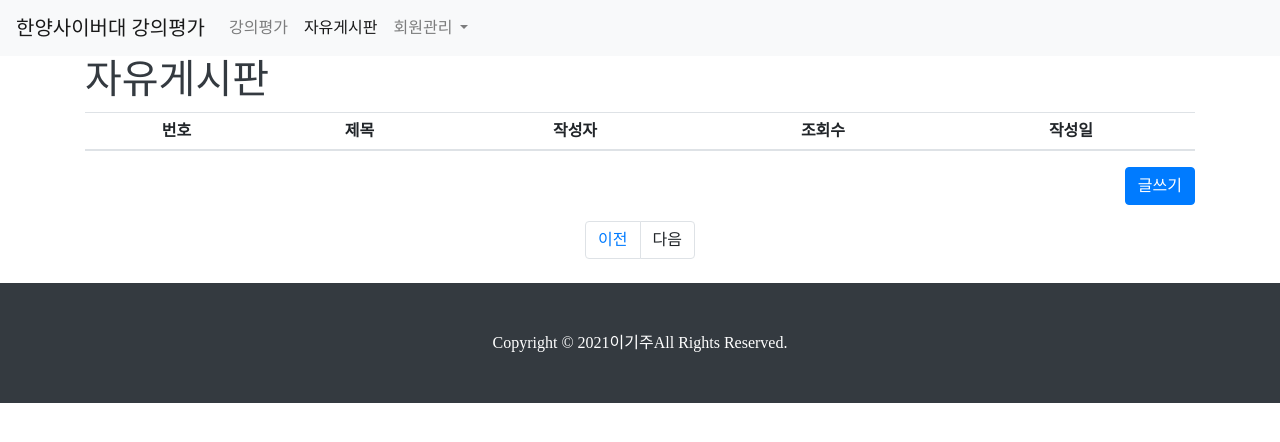
Repository: lkjjjang/hycu
Page: http://localhost/hycujjang/freeBoard.jsp
An editor plug-in stored every save of this project. The page is shown before and after the next save, followed by the edit.
The browser window is 1280 px wide. The pictures show the whole page.
Some web fonts or font styles are not loaded; a fallback is used. The page is served by Tomcat 9. Nobody is signed in. The application's start-up code is not run. Other server files are loaded and not shown. The template is opened directly, without the code that normally fills it, so the values that code supplies are empty.

Above is the page before, as saved 2022-01-06 03:19:01.

### hycujjang/WebContent/freeBoard.jsp
<%@ page language="java" contentType="text/html; charset=UTF-8"
    pageEncoding="UTF-8"%>
<%@ page import="java.util.ArrayList" %>
<%@ page import="java.net.URLEncoder" %>
<%@ page import="java.io.PrintWriter" %>
<%@ taglib prefix="c" uri="http://java.sun.com/jsp/jstl/core"%>
<%@ taglib prefix="fmt" uri="http://java.sun.com/jsp/jstl/fmt"%>

<!DOCTYPE html>
<html>
<head>
	<meta charset="UTF-8">
	<meta name="viewport" content="width=device-width, initial-scale=1, shrink-to-fit=no">
	<title>한양사이버대 강의평가</title>
	<!-- 부트스트랩 CSS 추가하기 -->
	<link rel="stylesheet"
			href="https://stackpath.bootstrapcdn.com/bootstrap/4.4.1/css/bootstrap.min.css"
			integrity="sha384-Vkoo8x4CGsO3+Hhxv8T/Q5PaXtkKtu6ug5TOeNV6gBiFeWPGFN9MuhOf23Q9Ifjh"
			crossorigin="anonymous">
	<!-- 커스텀 CSS 추가하기 -->
	<link rel="stylesheet" href="./css/custom.css">
</head>
<body>
	<nav class="navbar navbar-expand-md navbar-light bg-light">
		<a class="navbar-brand" href="index.jsp">한양사이버대 강의평가</a>
		<button class="navbar-toggler" type="button" data-toggle="collapse" data-target="#navbar">
			<span class="navbar-toggler-icon"></span>
		</button>
		<div id="navbar" class="collapse navbar-collapse">
			<ul class="navbar-nav mr-auto">
				<li class="nav-item">
					<a class="nav-link" href="lectureBoardController?pageNumber=1">강의평가</a>
				</li>
				<li class="nav-item active">
					<a class="nav-link" href="freeBoardController?pageNumber=1">자유게시판</a>
				</li>
				<li class="nav-item dropdown">
					<a class="nav-link dropdown-toggle" id="dropdown" data-toggle="dropdown" href="index.jsp">
						회원관리
					</a>
					<div class="dropdown-menu" aria-labelledby="dropdown">
						<a class="dropdown-item" href="logout.jsp">로그아웃</a>
					</div>
				</li>
			</ul>
		</div>
	</nav>

	<div class="container">
		<h1>
    		<a class="ed link-primary text-bold title-underline" href="freeBoardController?pageNumber=1"><span class="text-dark">자유게시판</span></a>
  		</h1>
			<table class="table table-hover">
				<thead style="text-align: center;">
					<tr>
						<th style="padding: 6px;">번호</th>
						<th style="padding: 6px;">제목</th>
						<th style="padding: 6px;">작성자</th>
						<th style="padding: 6px;">조회수</th>
						<th style="padding: 6px;">작성일</th>
					</tr>
				</thead>
				<tbody>
					<c:forEach var="freeBBS" items="${freeBBS}" begin="0" end="${freeBBSListPrintCount}">
						<tr class="row">
							<td class="col-1" style="text-align: center; padding: 6px;">
								<c:if test="${userID == 'admin'}">
									<input type="checkbox" name="delCheck_id" id="delCheck_id" value="${freeBBS.bbsID}">
								</c:if>
								${freeBBS.bbsID}
							</td>
							<td class="col-6" style="padding: 6px;">
								<a href="freeBoardDetailController?id=${freeBBS.bbsID}" style="display:block; width:100%; height:100%">
									<span class="text-dark" style="display: block; text-overflow: ellipsis; overflow: hidden; white-space: nowrap;">${freeBBS.bbsTitle}</span>
									<c:if test="${freeBBS.commentCount != 0}"><span style="font-size: 12px">[${freeBBS.commentCount}]</span></c:if>
									<c:if test="${freeBBS.useImage == 1}"><img src="images/imageIcon.png"></c:if>
								</a>
							</td>
							<td class="col-2" style="text-align: center; padding: 6px;">${freeBBS.nickName}</td>
							<td class="col-1" style="text-align: center; padding: 6px;">${freeBBS.bbsHit}</td>
							<td class="col-2" style="text-align: center; padding: 6px;">${freeBBS.bbsDate}</td>
						</tr>
					</c:forEach>
				</tbody>
			</table>
		<c:if test="${userID == 'admin'}">
			<div id="checkList">
				<button class="btn btn-primary" id="selectAll" onclick="select(this)">전체선택</button>
				<button class="btn btn-danger" id="deleteAll" onclick="deleteAll()">선택삭제</button>
			</div>
		</c:if>
		<c:if test="${userID != 'admin'}">
			<c:if test="${userID == 'guest'}">
				<div style="text-align: right;">
					<button onclick="guestWrite()" class="btn btn-primary">글쓰기</button>
				</div>
			</c:if>
			<c:if test="${userID != 'guest'}">
				<div style="text-align: right;">
					<a href="write.jsp" class="btn btn-primary">글쓰기</a>
				</div>
			</c:if>
		</c:if>

		<!-- 페이지번호 출력 -->
		<!-- 파라미터로 들어오는 페이지 번호를 이용해 startNum값을 구함 -->
		<div>
			<c:set var="page" value="${(param.pageNumber == null) ? 1 : param.pageNumber}"></c:set>
			<c:set var="startNum" value="${page - (page - 1) % 5}"></c:set>
			<c:set var="lastNum" value="${listCount}"></c:set>

			<ul class="pagination justify-content-center mt-3">
				<c:if test="${param.pageNumber == 1}">
					<li class="page-item"><a class="page-link" onclick="alert('이전 페이지가 없습니다.');">이전</a></li>
				</c:if>
				<c:if test="${param.pageNumber != 1}">
					<li class="page-item"><a class="page-link" href="freeBoardController?pageNumber=${param.pageNumber - 1}">이전</a></li>
				</c:if>

				<c:forEach var="i" begin="0" end="4">
					<c:if test="${(startNum + i) <= lastNum}">
						<c:if test="${param.pageNumber == (startNum + i)}">
							<li class="page-item active"><a class="page-link" href="freeBoardController?pageNumber=${startNum + i}">${startNum + i}</a></li>
						</c:if>
						<c:if test="${param.pageNumber != (startNum + i)}">
							<li class="page-item"><a class="page-link" href="freeBoardController?pageNumber=${startNum + i}">${startNum + i}</a></li>
						</c:if>
					</c:if>
				</c:forEach>

				<c:if test="${param.pageNumber == lastNum}">
					<li class="page-item"><a class="page-link" onclick="alert('다음 페이지가 없습니다.');">다음</a></li>
				</c:if>
				<c:if test="${param.pageNumber != lastNum}">
					<li class="page-item"><a class="page-link" href="freeBoardController?pageNumber=${param.pageNumber + 1}">다음</a></li>
				</c:if>
			</ul>
		</div>
	</div>

	<footer class="bg-dark mt-4 p-5 text-center" style="color: #FFFFFF;">
		Copyright &copy; 2021이기주All Rights Reserved.
	</footer>
	<script src="https://code.jquery.com/jquery-3.6.0.js"
  			integrity="sha256-H+K7U5CnXl1h5ywQfKtSj8PCmoN9aaq30gDh27Xc0jk="
  			crossorigin="anonymous">
	</script>
	<script src="https://cdn.jsdelivr.net/npm/popper.js@1.16.0/dist/umd/popper.min.js"
			integrity="sha384-Q6E9RHvbIyZFJoft+2mJbHaEWldlvI9IOYy5n3zV9zzTtmI3UksdQRVvoxMfooAo"
			crossorigin="anonymous">
	</script>
	<script src="https://maxcdn.bootstrapcdn.com/bootstrap/4.0.0/js/bootstrap.min.js"
			integrity="sha384-JZR6Spejh4U02d8jOt6vLEHfe/JQGiRRSQQxSfFWpi1MquVdAyjUar5+76PVCmYl"
			crossorigin="anonymous">
	</script>
	<script type="text/javascript">
		function guestWrite() {
			alert('게스트 계정은 글작성이 불가능 합니다.');
		}
	</script>
	<script type="text/javascript">
		function deleteAll() {
			var checkList = document.getElementsByName('delCheck_id');
			var checkedList = new Array();
			var count = 0;
			for (var i = 0; i < checkList.length; i++) {
				if (checkList[i].checked == true) {
					count++;
					checkedList[i] = checkList[i].value;
				}
			}

			if (count == 0) {
				alert('선택사항이 없습니다.');
				return;
			}

			var data = new Array();
			for (var i = 0; i < checkedList.length; i++) {
				if (checkedList[i] != null) {
					var dataTemp = new Object();
					dataTemp.id = checkedList[i];
					data.push(dataTemp);
				}
			}

			$.ajax({
				type: "post",
				url: "freeBoardDeleteController",
				data: JSON.stringify(data),
				contentType: "application/json; charset=utf-8",
				dataType: "json",

				success: function(json) {
					if (json[0].resultCode == 'ok') {
						alert('삭제 되었습니다.');
					} else {
						alert('데이터베이스 오류 입니다.');
					}
					location.reload();
				},
				error: function(json) {
					alert('시스템 오류 입니다.')
				}
			});
		}
	</script>
	<script type="text/javascript">
		function select(tagID) {
			var id = tagID.id;
			var checkList = document.getElementsByName('delCheck_id');
			for (var i = 0; i < checkList.length; i++) {
				if (id == 'selectAll') {
					checkList[i].checked = true;
				} else {
					checkList[i].checked = false;
				}
			}

			if (id == 'selectAll') {
				changeId('cancel', '선택해제');
			} else {
				changeId('selectAll', '전체선택');
			}
		}

		function changeId(id, text)  {
			  const btnElement = document.getElementById('checkList');
			  btnElement.innerHTML = '<button class="btn btn-primary" id="' + id + '" onclick="select(this)">'+ text +'</button>' +
			  							'<button class="btn btn-danger" id="deleteAll" onclick="deleteAll()">선택삭제</button>';
		}
	</script>
</body>
</html>

### hycujjang/WebContent/css/custom.css
@import url(https://fonts.googleapis.com/earlyaccess/jejugothic.css);
@import url(https://fonts.googleapis.com/css2?family=Nanum+Gothic&display=swap);
.navbar-brand, h1, h2, h3, h4 {
	font-family: 'Jeju Gothic';
}
h5 {
	font-family: 'Jeju Gothic';
	font-size: 18px;
}
body {
	font-family: 'Nanum Gothic';
}

After the next save:
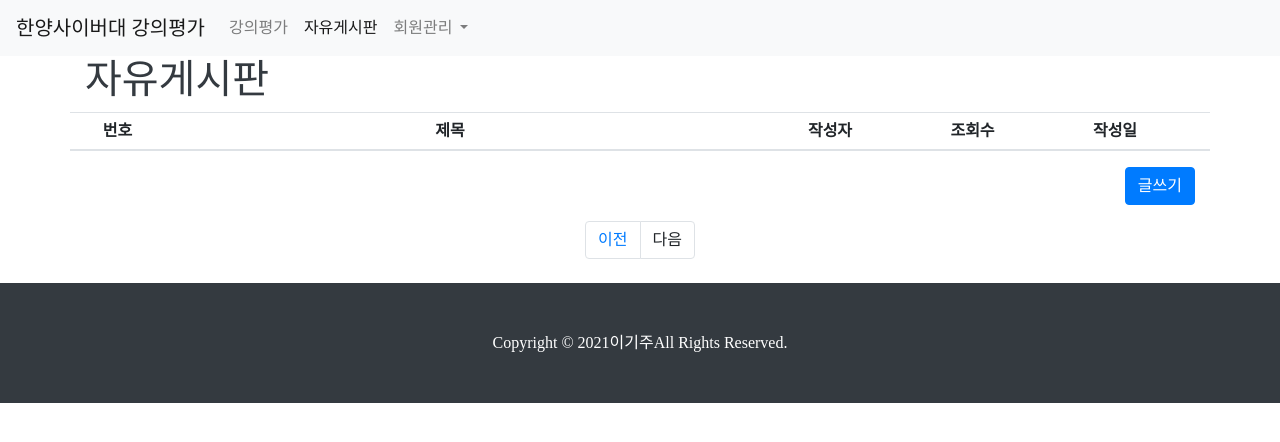
Saved 30 s later.
--- a/hycujjang/WebContent/freeBoard.jsp
+++ b/hycujjang/WebContent/freeBoard.jsp
@@ -52,12 +52,12 @@
   		</h1>
 			<table class="table table-hover">
 				<thead style="text-align: center;">
-					<tr>
-						<th style="padding: 6px;">번호</th>
-						<th style="padding: 6px;">제목</th>
-						<th style="padding: 6px;">작성자</th>
-						<th style="padding: 6px;">조회수</th>
-						<th style="padding: 6px;">작성일</th>
+					<tr class="row">
+						<th class="col-1" style="padding: 6px;">번호</th>
+						<th class="col-6" style="padding: 6px;">제목</th>
+						<th class="col-2" style="padding: 6px;">작성자</th>
+						<th class="col-1" style="padding: 6px;">조회수</th>
+						<th class="col-2" style="padding: 6px;">작성일</th>
 					</tr>
 				</thead>
 				<tbody>
